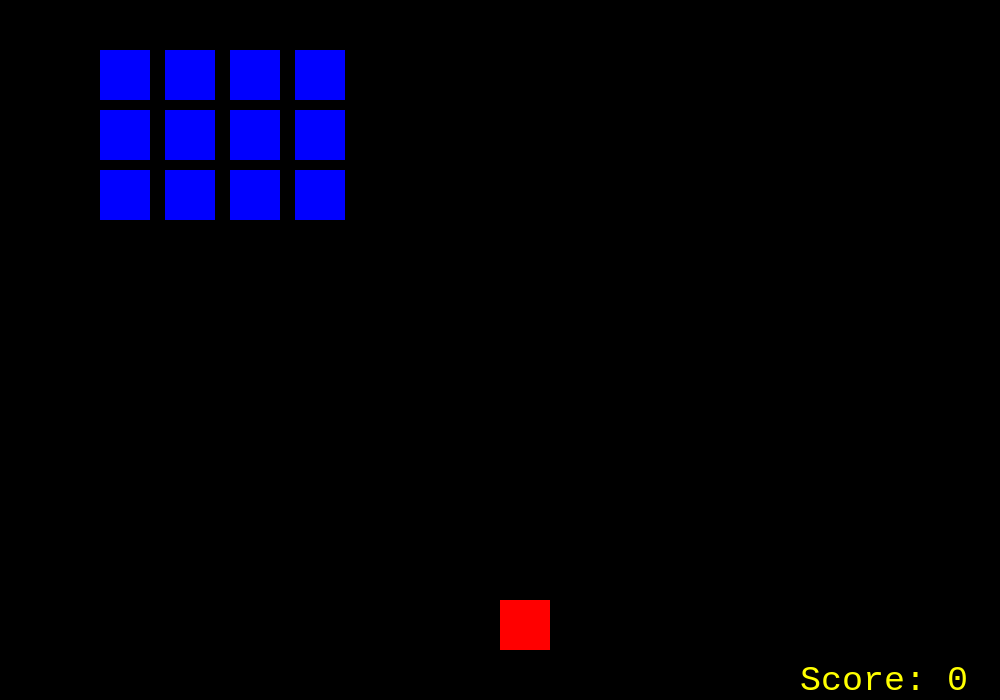
Repository: Igor-Boson/Space-Invaders-Python
Script's output: python main.py
An editor plug-in stored every save of this project. The script's output is shown before and after the next save, followed by the edit.
The window is shown after at most 60 frames with no key pressed. A system font it names is replaced by a similar one. Random numbers start from a fixed seed.

Above is the script's output before, as saved 2021-10-23 17:57:42.

After the next save:
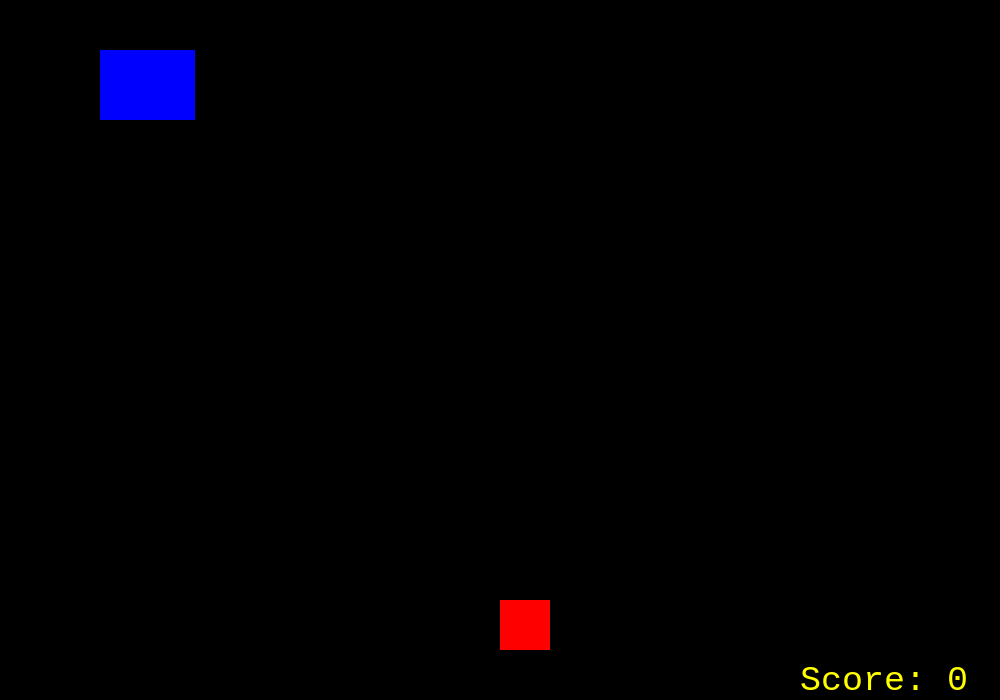
Saved 22 s later.
--- a/game.py
+++ b/game.py
@@ -22,8 +22,8 @@
         #create alien matrix function
         self.starting_x_value = 100
         self.starting_y_value = 50
-        self.x_value_increase = 15 + Alien.ALIEN_SIZE
-        self.y_value_increase = 10 + Alien.ALIEN_SIZE
+        self.x_value_increase = 15
+        self.y_value_increase = 10
         for w in range(self.am_width):
             for h in range(self.am_height):
                 alien = Alien(self.handler, \

After the 3 saves that followed:
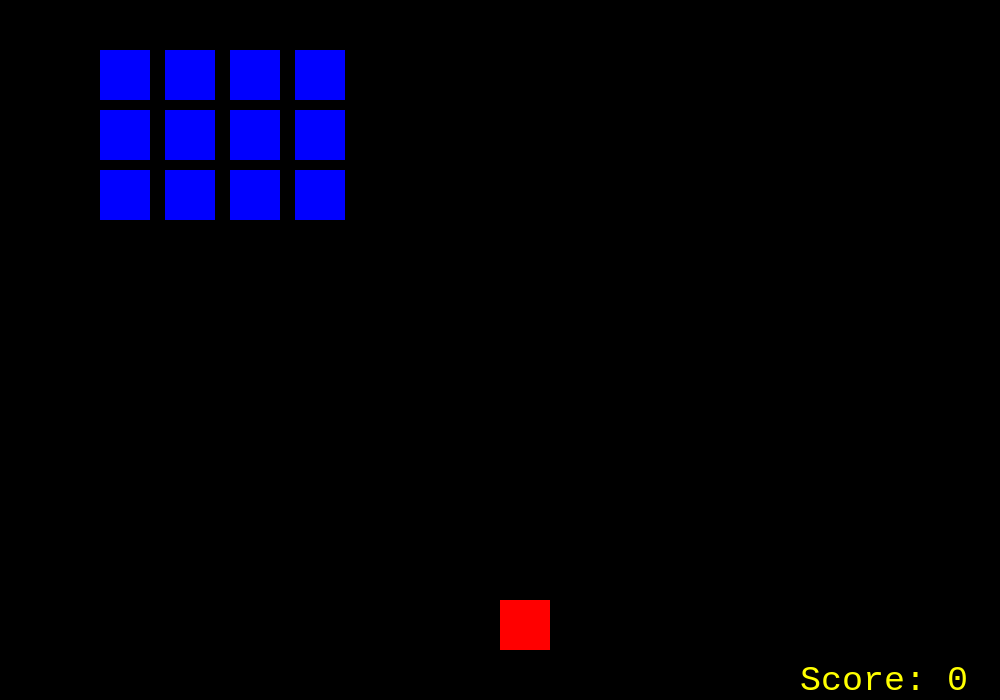
The 3 saves are shown as one change because 1 did not build or start and 1 left the picture as it was.
The last was saved 89 s later.
--- a/game.py
+++ b/game.py
@@ -22,8 +22,8 @@
         #create alien matrix function
         self.starting_x_value = 100
         self.starting_y_value = 50
-        self.x_value_increase = 15
-        self.y_value_increase = 10
+        self.x_value_increase = 15 + Alien.ALIEN_SIZE
+        self.y_value_increase = 10 + Alien.ALIEN_SIZE
         for w in range(self.am_width):
             for h in range(self.am_height):
                 alien = Alien(self.handler, \
